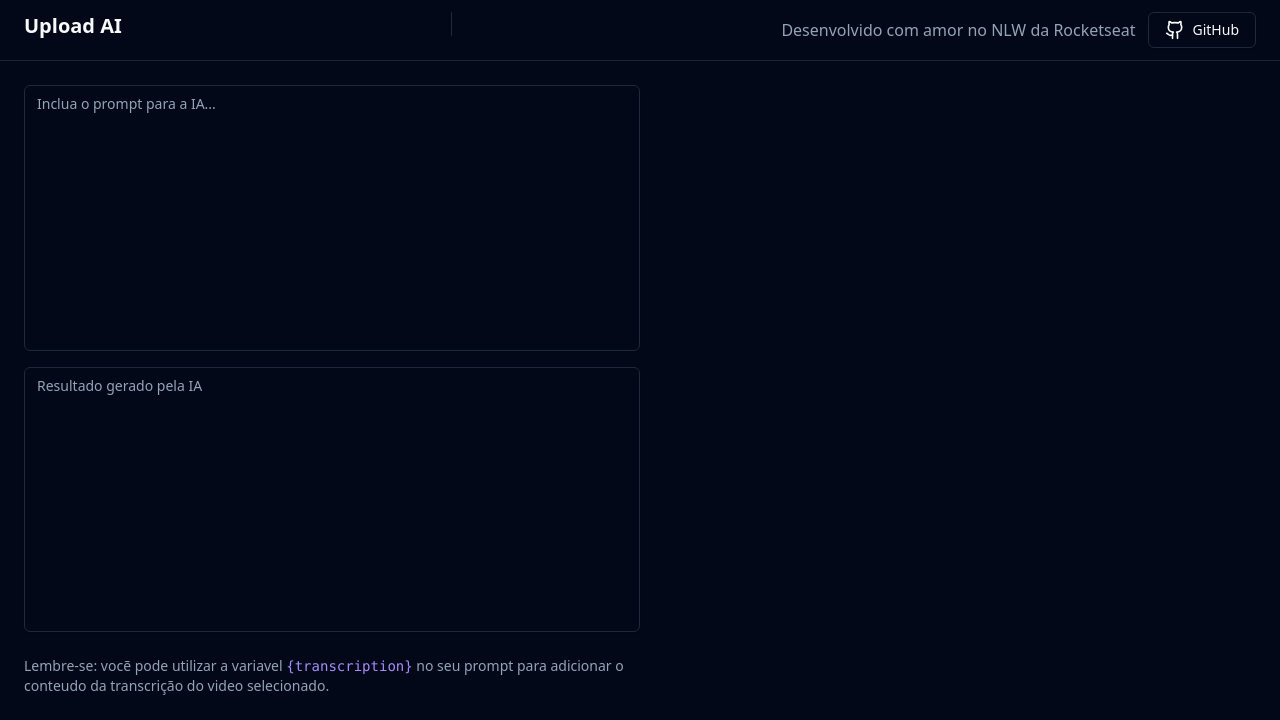
Repository: brksaian/nlw-2023-IA
Page: /
The author's editor kept a copy of each file at every save. The page is drawn from the files as they stood at one save, then again after the next save.
The browser window is 1280 px wide. The pictures show the whole page.
The project was rebuilt for these pictures with package versions that can differ from the ones it lists, and the page was loaded fresh each time. Also part of the build but not shown: vite.config.ts.

Above is the page before, as saved 2023-09-12 21:59:24.

After the next save:
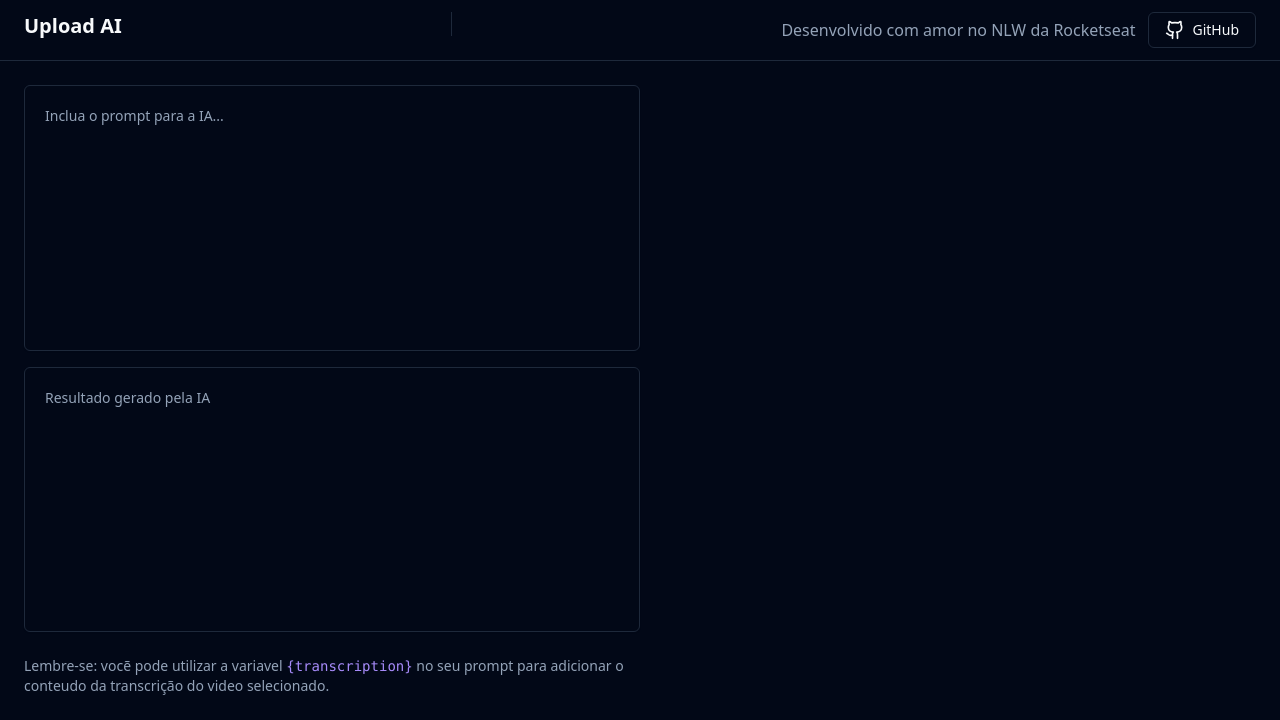
Saved 23 s later.
--- a/src/App.tsx
+++ b/src/App.tsx
@@ -26,11 +26,11 @@ export function App() {
           <div className="grid grid-rows-2 gap-4 flex-1">
             <Textarea
               placeholder="Inclua o prompt para a IA..."
-              className="resize-none"
+              className="resize-none p-5"
             />
             <Textarea
               placeholder="Resultado gerado pela IA"
-              className="resize-none"
+              className="resize-none p-5"
               readOnly
             />
           </div>
